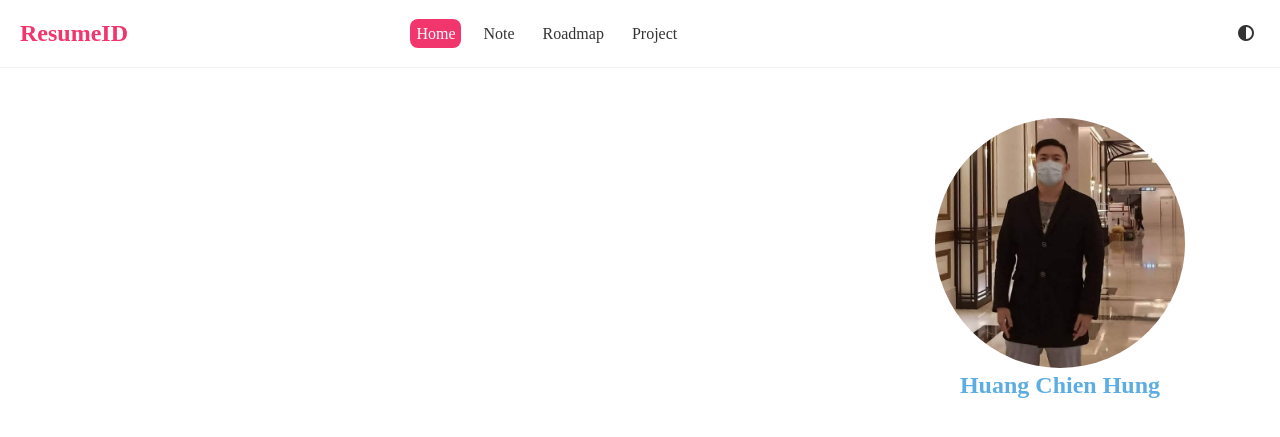
Repository: leo-play-code/ResumeID
Page: /
These files come from the project's save history. The page is drawn as it stood at one moment and after the next save; the edit follows.
The browser window is 1280 px wide. The pictures show the whole page.
Some web libraries are served in a nearby version. The project was rebuilt for these pictures with package versions that can differ from the ones it lists, and the page was loaded fresh each time. Also part of the build but not shown: src/Note/Note.js, src/Roadmap/Roadmap.js, src/Project/Project.js.

Above is the page before, as saved 2022-10-18 14:09:41.

### public/index.html
<!DOCTYPE html>
<html lang="en">
  <head>
    <meta charset="utf-8" />
    <link rel="icon" href="%PUBLIC_URL%/favicon.ico" />
    <meta name="viewport" content="width=device-width, initial-scale=1" />
    <meta name="theme-color" content="#000000" />
    <meta
      name="description"
      content="Web site created using create-react-app"
    />
    <link rel="apple-touch-icon" href="%PUBLIC_URL%/logo192.png" />
    <link rel="manifest" href="%PUBLIC_URL%/manifest.json" />

    <!-- fontawesome -->
    <script src="https://kit.fontawesome.com/14e9a4f90b.js" crossorigin="anonymous"></script>
    <title>React App</title>
  </head>
  <body>
    <noscript>You need to enable JavaScript to run this app.</noscript>
    <div id="root"></div>
  </body>
</html>

### src/index.css
/* base styles */
* {
  margin: 0;
  font-family: "Quicksand";
  color: #333;
}
.navbar {
  padding: 20px;
  display: flex;
  align-items: center;
  max-width: 100%;
  margin: 0 auto;
  border-bottom: 1px solid #f2f2f2;
}
.navbar h1 {
  color: #f1356d;
}
.navbar-center{
  margin-inline: auto;
}
.navbar-center .page-selected{
  color:white;
  background: #f1356d;
  border-radius: 8px;
  pointer-events: none;
}
.navbar .navbar-right {
  margin-left: auto;
}
.navbar a {
  margin-left: 16px;
  text-decoration: none;
  padding: 6px;
}
.navbar a:hover {
  color: #f1356d;
}
.content {
  max-width: 600px;
  margin: 40px auto;
  padding: 20px;
}

/* Home */
.Home .profile-container{
  width:400px;
  height:300px;
  margin-top: 50px;
  margin-right:20px;
  margin-bottom: 20px;
  float:right;
  text-align: center;
}
.Home .profile-container img{
  border-radius: 50%;
  max-width: 250px;
}
.Home .profile-container .MainName{
  color:#5DADE2;
}

.Home

### src/App.js
import Navbar from './Navbar/Navbar';
import { BrowserRouter as Router,Route,Switch} from 'react-router-dom'
import Home from './Home/Home';
import Note from './Note/Note';
import Roadmap from './Roadmap/Roadmap';
import Project from './Project/Project';

function App(){
    return (
        <Router>
            <div className="App">
            <Navbar />
                <Switch>
                    <Route exact path='/'>
                        <Home />
                    </Route>
                    <Route exact path='/Note'>
                        <Note />
                    </Route>
                    <Route exact path='/Roadmap'>
                        <Roadmap />
                    </Route>
                    <Route exact path='/Project'>
                        <Project />
                    </Route>

                </Switch>
            </div>
        </Router>

    )
}

export default App;

### src/Navbar/Navbar.js
import { useEffect, useState } from 'react';
import {Link} from 'react-router-dom';

function Navbar(){
    const [navbar_state,setPageState] = useState('');
    function ChangeColor(){
        console.log('changecolor')
    }
    function PageSelected(navbar_state){
        setPageState(navbar_state)
    }
    useEffect(()=>{
        const init_url_arr = window.location.href.split('/')
        const init_url_page = init_url_arr[init_url_arr.length-1]
        setPageState(init_url_page)
    })
    return (
        <nav className="navbar">
            <h1>ResumeID</h1>
            <span className='navbar-center'>
                {(navbar_state == '')&& <Link to="/" className='page-selected'>Home</Link>}
                {!(navbar_state == '')&&<Link to="/" onClick={()=>PageSelected('Home')}>Home</Link>}
                {(navbar_state == 'Note')&& <Link to="/Note" className='page-selected'>Note</Link>}
                {!(navbar_state == 'Note')&&<Link to="/Note" onClick={()=>PageSelected('Note')}>Note</Link>}
                {(navbar_state == 'Roadmap')&& <Link to="/Roadmap" className='page-selected'>Roadmap</Link>}
                {!(navbar_state == 'Roadmap')&&<Link to="/Roadmap" onClick={()=>PageSelected('Roadmap')}>Roadmap</Link>}
                {(navbar_state == 'Project')&& <Link to="/Project" className='page-selected'>Project</Link>}
                {!(navbar_state == 'Project')&&<Link to="/Project" onClick={()=>PageSelected('Project')}>Project</Link>}
            </span>
            <div className="navbar-right">
                <a onClick={ChangeColor}><i className="fa-solid fa-circle-half-stroke"></i></a>
            </div>
        </nav>
    )
}

export default Navbar ;

### src/Home/Home.js


function Home(){
    const pic = require('./static/image/selfy.jpg');
    return(
        <div className="Home">
            <div className="profile-container">
                <img src={pic} alt="" />
                <h2 className='MainName'>Huang Chien Hung</h2>
            </div>
        </div>
    )
}


export default Home ;

Loaded but not shown: src/index.js (common file); src/reportWebVitals.js (common file)

After the next save:
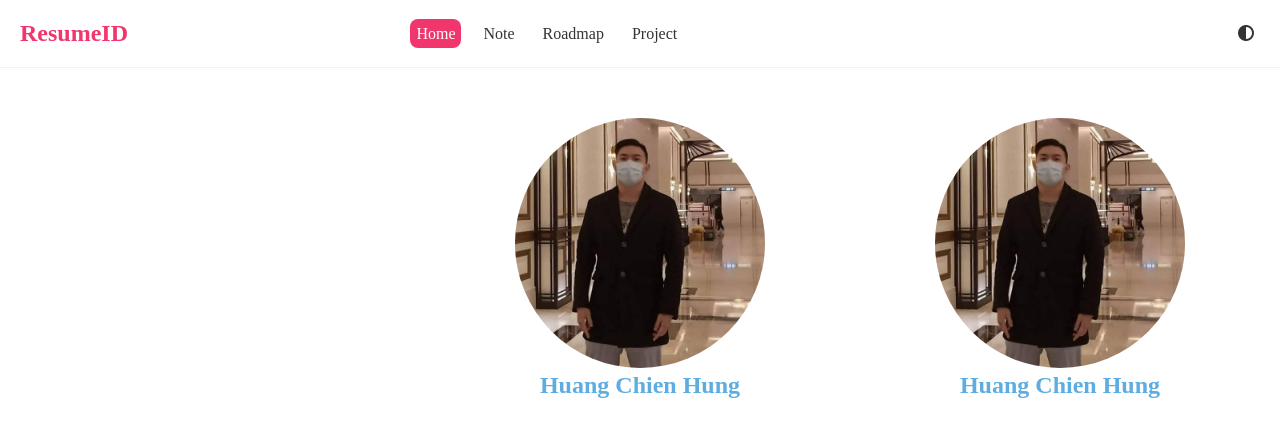
Saved 9 s later.
--- a/src/Home/Home.js
+++ b/src/Home/Home.js
@@ -8,6 +8,10 @@ function Home(){
                 <img src={pic} alt="" />
                 <h2 className='MainName'>Huang Chien Hung</h2>
             </div>
+            <div className="profile-container">
+                <img src={pic} alt="" />
+                <h2 className='MainName'>Huang Chien Hung</h2>
+            </div>
         </div>
     )
 }
